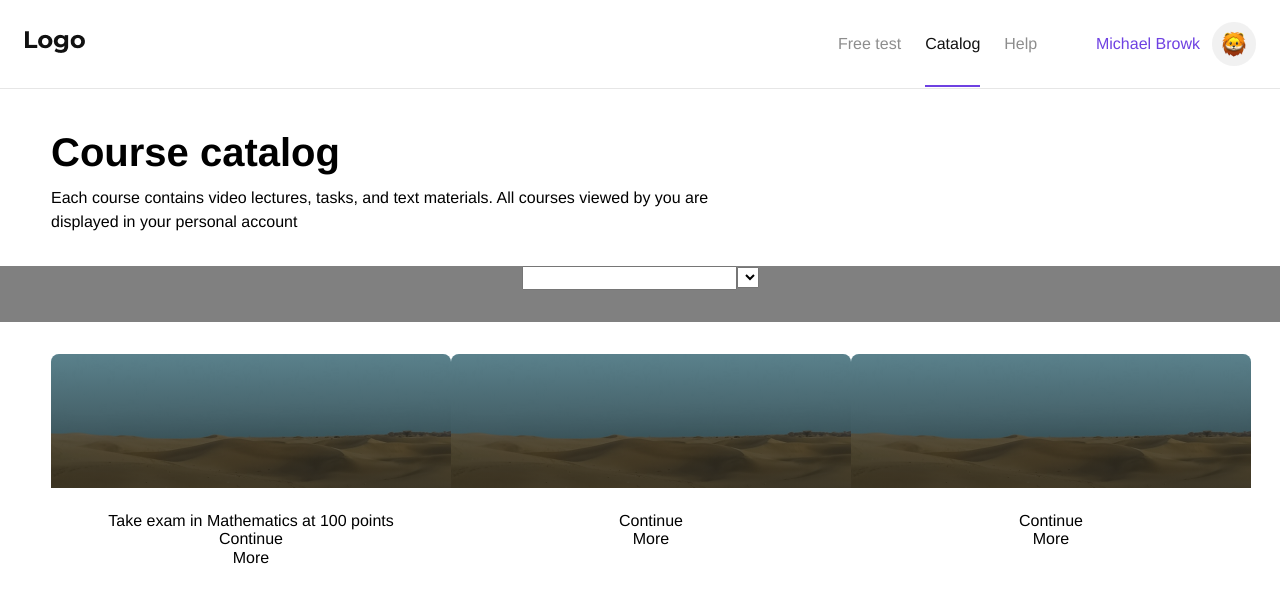
Repository: skydevil1604/vue-test-app
Page: /#/main-page
An editor plug-in stored every save of this project. The page is shown before and after the next save, followed by the edit.
The browser window is 1280 px wide. The pictures show the whole page.
The project was rebuilt for these pictures with package versions that can differ from the ones it lists, and the page was loaded fresh each time. Also part of the build but not shown: src/components/Tabs.vue, src/components/Tab.vue, src/components/Login.vue, src/components/Registration.vue, src/components/AuthenticationForm.vue.

Above is the page before, as saved 2020-04-06 20:40:22.

### public/index.html
<!DOCTYPE html>
<html lang="en">
  <head>
    <meta charset="utf-8">
    <meta http-equiv="X-UA-Compatible" content="IE=edge">
    <meta name="viewport" content="width=device-width,initial-scale=1.0">
    <link rel="icon" href="<%= BASE_URL %>favicon.ico">
    <link rel="stylesheet" href="../src/assets/normalize.css">
    <title><%= htmlWebpackPlugin.options.title %></title>
  </head>
  <body style="margin:0 auto;">
    <noscript>
      <strong>We're sorry but <%= htmlWebpackPlugin.options.title %> doesn't work properly without JavaScript enabled. Please enable it to continue.</strong>
    </noscript>
    <div id="app"></div>
    <!-- built files will be auto injected -->
  </body>
</html>

### src/main.js
import Vue from 'vue'
import App from './App.vue'
import VueRouter from 'vue-router'
import router from './router';

Vue.config.productionTip = false;
Vue.use(VueRouter)

new Vue({
  render: h => h(App),
  router
}).$mount('#app');

### src/App.vue
<template>
  <div id="app">
    <router-view>
      <AuthenticationForm />
    </router-view>
  </div>
</template>

<script>
import AuthenticationForm from './components/AuthenticationForm';

export default {
  name: 'App',
  components: {
    AuthenticationForm
  }
}
</script>

<style>
#app {
  font-family: Avenir, Helvetica, Arial, sans-serif;
  -webkit-font-smoothing: antialiased;
  -moz-osx-font-smoothing: grayscale;
  text-align: center;
  display: flex;
  height: 100vh;
}
</style>

### src/router/index.js
import Vue                        from 'vue';
import VueRouter                     from 'vue-router';
import MainPageComponent          from '@/components/MainPage';
import AuthenticationForm         from '@/components/AuthenticationForm';

Vue.use(VueRouter);

const router = new VueRouter({
    routes: [

      {
        path: '/main-page',
        name: 'mainPage',
        component: MainPageComponent,
      },
      {
        path: '/',
        name: 'authenticationForm',
        component: AuthenticationForm,
      },
    ]
  });

export default router;

### src/components/MainPage.vue
<template>
    <div class="main-page">
        <header class="header">
            <a class="logo" href="#">
                <img src="../assets/logo.png" alt="logo">
            </a>
            <nav class="navigation">
                <ul class="navigation__list">
                    <li class="navigation__item">
                        <a class="navigation__link" href="#">Free test</a>
                    </li>
                    <li class="navigation__item">
                        <a class="navigation__link navigation__link--active" href="#">Catalog</a>
                    </li>
                    <li class="navigation__item">
                        <a class="navigation__link" href="#">Help</a>
                    </li>
                </ul>
                <div class="navigation__profile">
                    <span class="navigation__user-name">Michael Browk</span>
                    <img class="navigation__user-photo" src="../assets/Lion.png" alt="">
                </div>
            </nav>
        </header>

        <section class="info">
            <h1 class="info__heading">Course catalog</h1>
            <p class="info__description">
                Each course contains video lectures, tasks, and text materials. All courses viewed by you are displayed in your personal account
            </p>
        </section>

        <section class="main-filter">
            <input type="search" name="search" id="search">
            <select name="" id=""></select>
        </section>

        <section class="main-content">
            <div class="post">
                <div class="post__header"></div>
                <div class="post__title">Take exam in Mathematics at 100 points</div>
                <div class="post__info"></div>
                <div class="post__button-wrapper">
                    <div class="post__button post__button--main">Continue</div>
                    <div class="post__button post__button--secondary">More</div>
                </div>
            </div>
            <div class="post">
                <div class="post__header"></div>
                <div class="post__title"></div>
                <div class="post__info"></div>
                <div class="post__button-wrapper">
                    <div class="post__button post__button--main">Continue</div>
                    <div class="post__button post__button--secondary">More</div>
                </div>
            </div>
            <div class="post">
                <div class="post__header"></div>
                <div class="post__title"></div>
                <div class="post__info"></div>
                <div class="post__button-wrapper">
                    <div class="post__button post__button--main">Continue</div>
                    <div class="post__button post__button--secondary">More</div>
                </div>
            </div>
        </section>
    </div>
</template>

<script>

export default {
    name: 'MainPageComponent',
}
</script>

<style lang="scss">
    .main-page {
        max-width: 1366px;
        width: 100%;
        margin: 0 auto;
    }

    .header {
        padding-top: 22px;
        padding-bottom: 22px;
        padding-left: 24px;
        padding-right: 24px;
        display: flex;
        justify-content: space-between;
        align-items: center;
        box-shadow: 0px 1px 0px rgba(17, 17, 17, 0.1);
    }

    .navigation {
        display: flex;
        align-items: center;
        width: 418px;
        justify-content: space-between;

            &__list {
                list-style: none;
                display: flex;
                padding: 0;
                margin: 0;

                  &:last-child {
                    margin-right: 0;
                }
            }

            &__item {
                margin-right: 24px;
                font-size: 16px;
                color: rgba(17, 17, 17, 0.48);

                    &:hover {
                        color: #111111;
                    }
            }

            &__link {
                text-decoration: none;
                font-style: normal;
                font-weight: normal;
                font-size: inherit;
                color: inherit;
                line-height: 24px;
                padding-bottom: 35px;
                    &--active {
                        border-top-width: 6px;
                        color: #111111;
                        box-shadow: inset 0px -2px 0px #6E41E2;
                    }
            }

            &__profile {
                display: flex;
                align-items: center;
                justify-content: space-between;
            }

            &__user-name {
                font-style: normal;
                font-weight: normal;
                font-size: 16px;
                line-height: 24px;
                color: #6E41E2;
                margin-right: 12px;
            }
    }

    .info {
        text-align: left;
        padding-top: 40px;
        padding-left: 51px;
        padding-bottom: 32px;
        max-width: 724px;

            &__heading {
                font-style: normal;
                font-weight: bold;
                font-size: 40px;
                line-height: 48px;
                margin:0;
                margin-bottom: 10px;
            }

            &__description {
                font-style: normal;
                font-weight: normal;
                font-size: 16px;
                line-height: 24px;
                margin:0;
            }
    }

    .main-filter {
        height: 56px;
        background-color: grey;
        padding-left: 51px;
        padding-right: 51px;
    }

    .main-content {
        padding-left: 51px;
        padding-right: 51px;
        display: flex;
        justify-content: space-between;
        padding-top: 32px;
    }

    .post {
        min-width: 400px;
        height: 347px;
        border-radius: 8px;

            &__header {
                height: 134px;
                border-top-right-radius: 8px;
                border-top-left-radius: 8px;
                position: relative;
                margin-bottom: 24px;
                background-image: url('../assets/first-post-image.jpg');

                    &::before {
                        content: '';
                        position: absolute;
                        top: 0;
                        left: 0;
                        right: 0;
                        bottom: 0;
                        background: linear-gradient(180deg, rgba(17, 17, 17, 0.4) 0%, rgba(17, 17, 17, 0.72) 93.75%);
                        z-index: 1;
                        border-top-right-radius: 8px;
                        border-top-left-radius: 8px;
                    }
            }
    }


</style>

Loaded but not shown: src/assets/normalize.css (library)

After the next save:
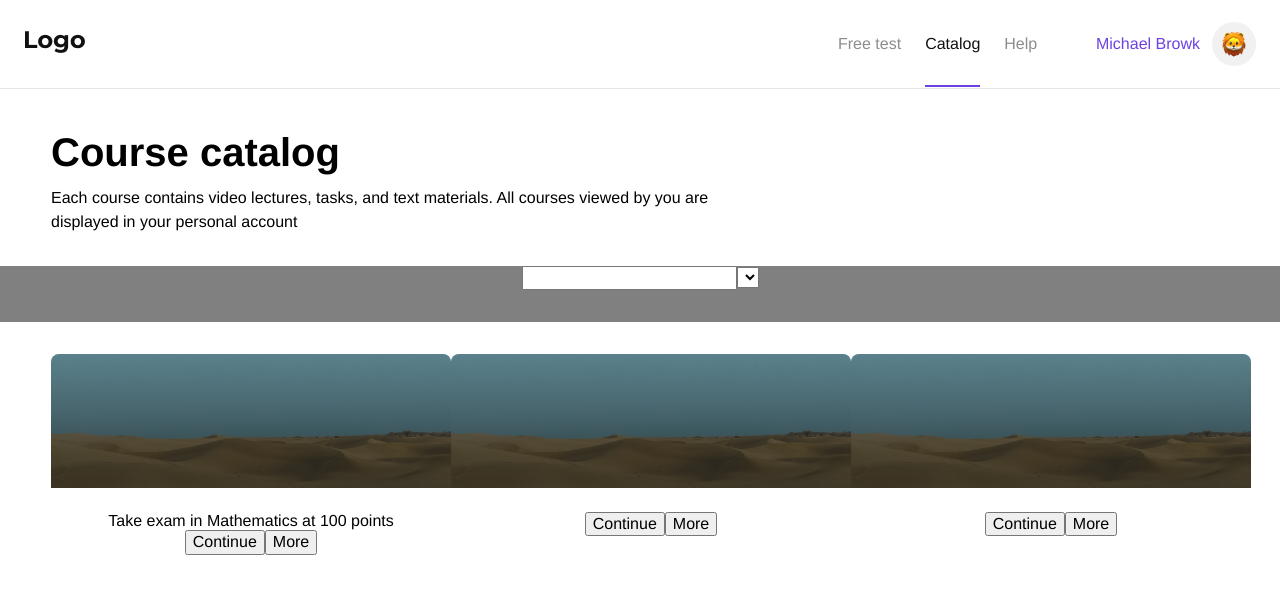
Saved 46 s later.
--- a/src/components/MainPage.vue
+++ b/src/components/MainPage.vue
@@ -41,8 +41,8 @@
                 <div class="post__title">Take exam in Mathematics at 100 points</div>
                 <div class="post__info"></div>
                 <div class="post__button-wrapper">
-                    <div class="post__button post__button--main">Continue</div>
-                    <div class="post__button post__button--secondary">More</div>
+                    <button class="post__button post__button--main">Continue</button>
+                    <button class="post__button post__button--secondary">More</button>
                 </div>
             </div>
             <div class="post">
@@ -50,8 +50,8 @@
                 <div class="post__title"></div>
                 <div class="post__info"></div>
                 <div class="post__button-wrapper">
-                    <div class="post__button post__button--main">Continue</div>
-                    <div class="post__button post__button--secondary">More</div>
+                    <button class="post__button post__button--main">Continue</button>
+                    <button class="post__button post__button--secondary">More</button>
                 </div>
             </div>
             <div class="post">
@@ -59,8 +59,8 @@
                 <div class="post__title"></div>
                 <div class="post__info"></div>
                 <div class="post__button-wrapper">
-                    <div class="post__button post__button--main">Continue</div>
-                    <div class="post__button post__button--secondary">More</div>
+                    <button class="post__button post__button--main">Continue</button>
+                    <button class="post__button post__button--secondary">More</button>
                 </div>
             </div>
         </section>
